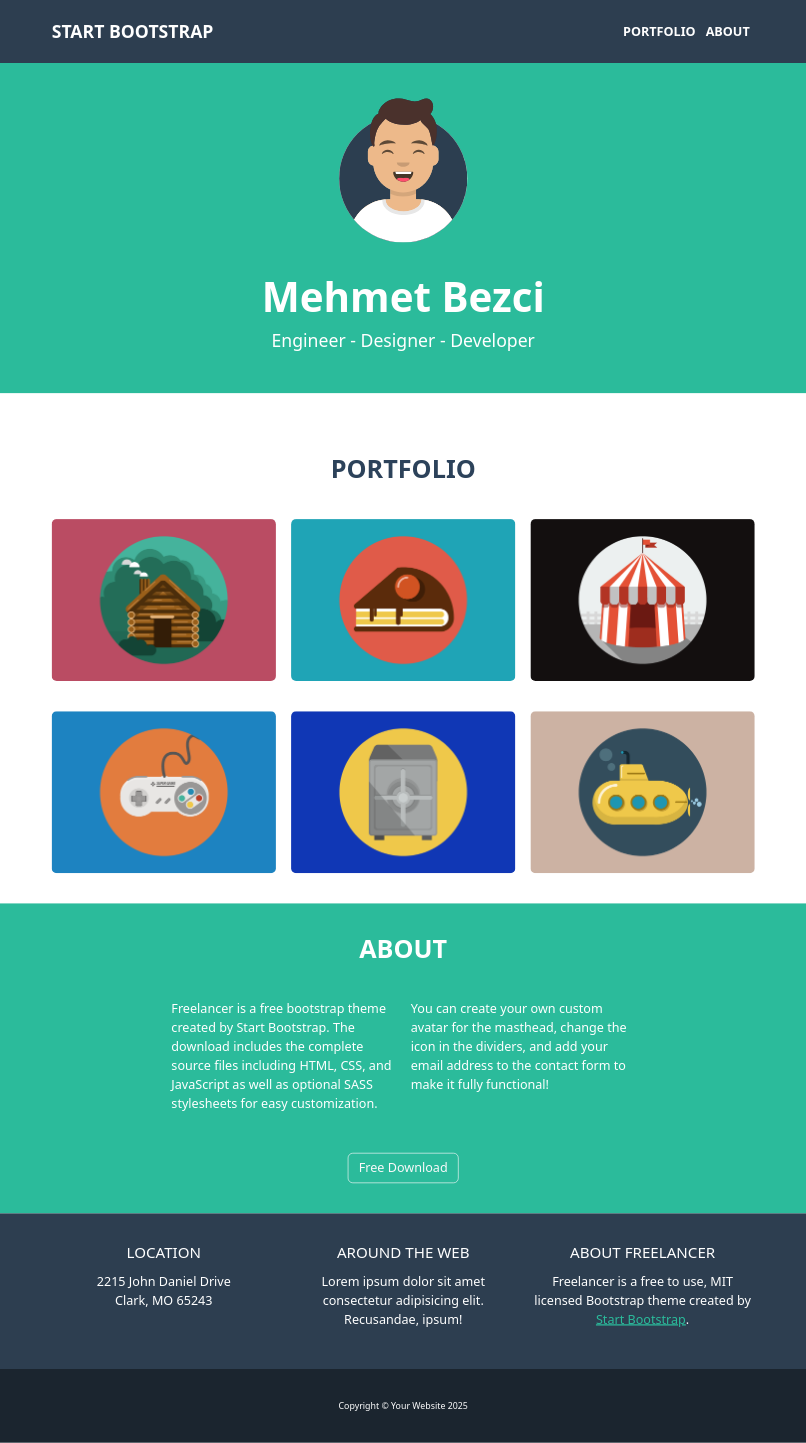
Repository: 7JaxeN7/WT-1255P-Mehmet_BEZC-
Page: index.html
These files come from the project's save history. The page is drawn as it stood at one moment and after the next save; the edit follows.
The browser window is 1280 px wide. The pictures show the whole page, at 63% of full size.

Above is the page before, as saved 2025-01-07 01:04:10.

### index.html
<!DOCTYPE html>
<html lang="tr">

<head>
  <meta charset="UTF-8">
  <meta name="viewport" content="width=device-width, initial-scale=1.0">
  <link rel="stylesheet" href="style.css">
  <link href="https://cdn.jsdelivr.net/npm/bootstrap@5.3.3/dist/css/bootstrap.min.css" rel="stylesheet"
    integrity="sha384-QWTKZyjpPEjISv5WaRU9OFeRpok6YctnYmDr5pNlyT2bRjXh0JMhjY6hW+ALEwIH" crossorigin="anonymous">
  <title>Start Bootstrap</title>
</head>

<body>
  <!-- Navbar -->
  <header>
    <nav class="navbar navbar-expand-lg navbar-bg">
      <div class="container pt-3 pb-3">
        <a class="navbar-brand text-white fw-bolder fs-3" href="#">START BOOTSTRAP</a>
        <button class="navbar-toggler" type="button" data-bs-toggle="collapse" data-bs-target="#navbarNav"
          aria-controls="navbarNav" aria-expanded="false" aria-label="Toggle navigation">
          <span class="navbar-toggler-icon"></span>
        </button>
        <div class="collapse navbar-collapse" id="navbarNav">
          <ul class="navbar-nav ms-auto">
            <li class="nav-item">
              <a class="nav-link text-white fw-bolder fs-5" href="#portfolio">PORTFOLIO</a>
            </li>
            <li class="nav-item">
              <a class="nav-link text-white fw-bolder fs-5" href="#about">ABOUT</a>
            </li>
          </ul>
        </div>
      </div>
    </nav>
  </header>
  <!-- Herosection -->
  <div class="herosection-bg pt-5 pb-5">
    <div class="container text-center">
      <img src="/assets/img/avataaars.svg" width="20%" />
      <h1 class="mt-5 text-white fw-bolder display-3">Mehmet Bezci</h1>
      <p class="text-white fs-3">Engineer - Designer - Developer</p>
    </div>
  </div>
  <!-- Portfolio -->
  <div class="portfolio-section" id="portfolio">
    <h2 class="text-center mt-5 pt-5 pb-5 fs-1 fw-semibold portfolio-tittle">PORTFOLIO</h2>
    <div class="container">
      <div class="row">
        <div class="col-12 col-md-6 col-lg-4 mb-5">
          <img src="/assets/img/cabin.png" class="img-fluid rounded-3">
        </div>
        <div class="col-12 col-md-6 col-lg-4 mb-5">
          <img src="/assets/img/cake.png" class="img-fluid rounded-3">
        </div>
        <div class="col-12 col-md-6 col-lg-4 mb-5">
          <img src="/assets/img/circus.png" class="img-fluid rounded-3">
        </div>
        <div class="col-12 col-md-6 col-lg-4 mb-5">
          <img src="/assets/img/game.png" class="img-fluid rounded-3">
        </div>
        <div class="col-12 col-md-6 col-lg-4 mb-5">
          <img src="/assets/img/safe.png" class="img-fluid rounded-3">
        </div>
        <div class="col-12 col-md-6 col-lg-4 mb-5">
          <img src="/assets/img/submarine.png" class="img-fluid rounded-3">
        </div>
      </div>
    </div>
  </div>
  <!-- About -->
  <div class="about-section" id="about">
    <div class="container">
      <h2 class="about-tittle fs-1 fw-semibold text-center pt-5 pb-5"> ABOUT</h2>
      <div class="row justify-content-center">
        <div class="col-lg-4 fs-5 text-white">
          <p>
            Freelancer is a free bootstrap theme created by Start Bootstrap. The download includes the complete source
            files including HTML, CSS, and JavaScript as well as optional SASS stylesheets for easy customization.
          </p>
        </div>
        <div class="col-lg-4 fs-5 text-white">
          <p>
            You can create your own custom avatar for the masthead, change the icon in the dividers, and add your email
            address to the contact form to make it fully functional!
          </p>
        </div>
      </div>
      <div class="d-flex justify-content-center">
        <button class="mt-5 mb-5 btn btn-outline-light btn-lg">Free Download</button>
      </div>
    </div>
  </div>
  <!-- Footer -->
  <footer>
    <div class="footer-section pt-5 pb-5">
      <div class="container">
        <div class="row">
          <div class="col-lg-4 text-center px-3">
            <h5 class="fs-4 text-white mb-3">LOCATION</h5>
            <p class="text-white fs-5 px-5">
              2215 John Daniel Drive Clark, MO 65243
            </p>
          </div>
          <div class="col-lg-4 text-center px-3">
            <h5 class="fs-4 text-white mb-3 text-uppercase">Around the Web</h5>
            <p class="text-white fs-5">
              Lorem ipsum dolor sit amet consectetur adipisicing elit. Recusandae, ipsum!
            </p>
          </div>
          <div class="col-lg-4 text-center px-3">
            <h5 class="fs-4 text-white mb-3 text-uppercase">About Freelancer</h5>
            <p class="text-white fs-5">
              Freelancer is a free to use, MIT licensed Bootstrap theme created by <a class="footer-link" href="/"> Start Bootstrap</a>.
            </p>
          </div>
        </div>
      </div>
    </div>
  </footer>
  <div class="copyright-section copyright-bg py-5 pb-5 text-white text-center small">
    Copyright &#169; Your Website 2025
  </div>
  <!-- Burası bootstrap script kısmı -->
  <script src="https://cdn.jsdelivr.net/npm/bootstrap@5.3.3/dist/js/bootstrap.bundle.min.js"
    integrity="sha384-YvpcrYf0tY3lHB60NNkmXc5s9fDVZLESaAA55NDzOxhy9GkcIdslK1eN7N6jIeHz"
    crossorigin="anonymous"></script>
</body>

</html>

### style.css
.navbar-bg {
  background-color: #2d3e50 !important;
}
.herosection-bg{
    background-color: #2bbb9b ;
}
.portfolio-tittle{
    color: #2c425a;
}
.about-section{
    background-color: #2bbb9b ;
}
.about-tittle{
    color: #ffffff;
}
.footer-section{
    background-color: #2d3e50;
}
.footer-link{
    color: #2bbb9b ;
}
a.footer-link:hover{
    color: #1a7971 ;
}
a.nav-link:hover{
    color:#2bbb9b !important;
}
.copyright-bg{
    background-color: #1b252f;
}

After the next save:
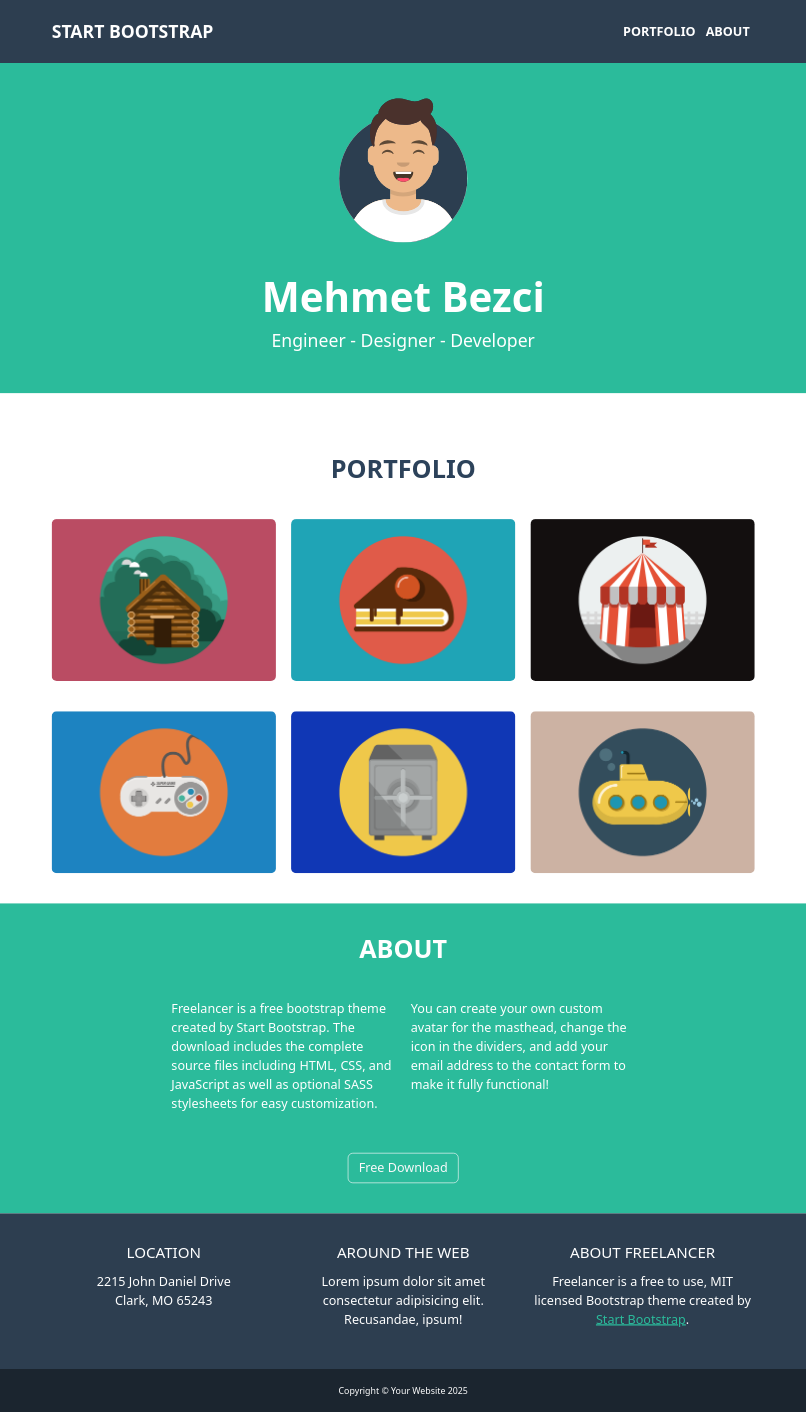
Saved 12 s later.
--- a/index.html
+++ b/index.html
@@ -117,7 +117,7 @@
       </div>
     </div>
   </footer>
-  <div class="copyright-section copyright-bg py-5 pb-5 text-white text-center small">
+  <div class="copyright-section copyright-bg py-4 pb-4 text-white text-center small">
     Copyright &#169; Your Website 2025
   </div>
   <!-- Burası bootstrap script kısmı -->
